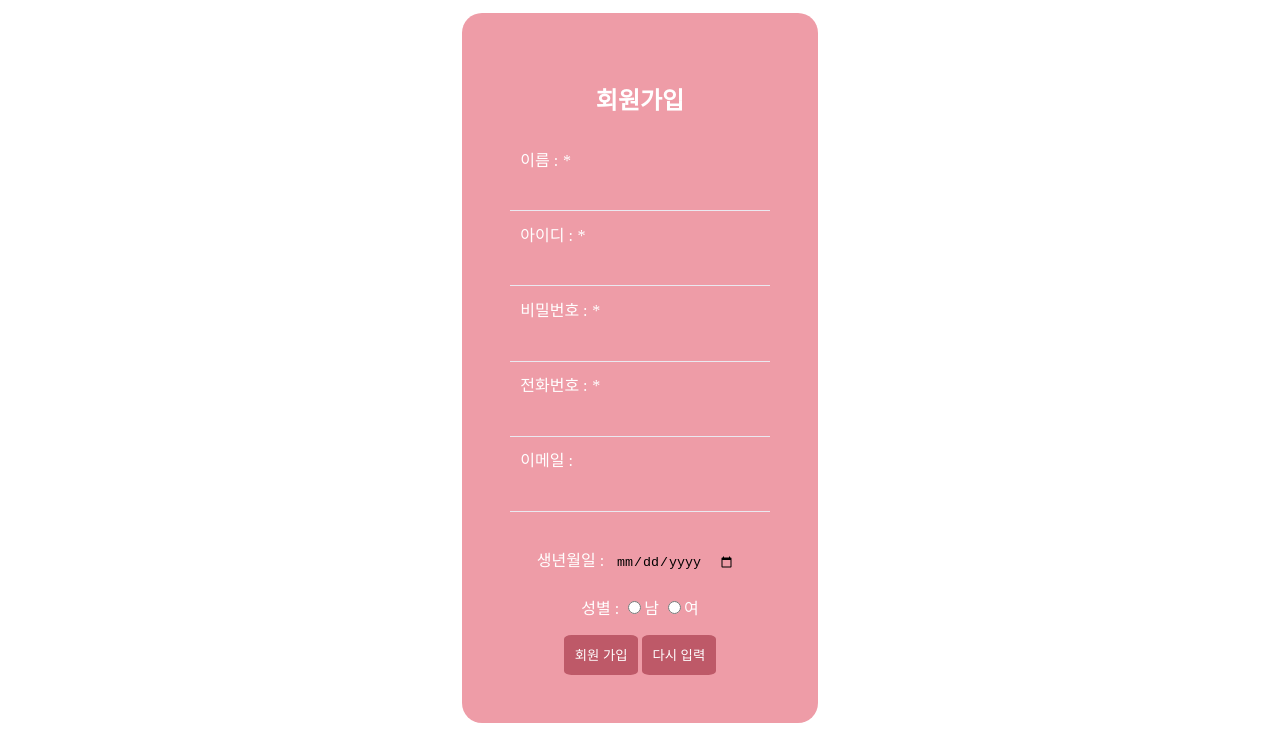
Repository: ExiNni/Travel-Project
Page: http://localhost/project_login/signIn/signIn.jsp
These files come from the project's save history. The page is drawn as it stood at one moment and after the next save; the edit follows.
The browser window is 1280 px wide. The pictures show the whole page.
The page is served by Tomcat 9. Other server files are loaded and not shown.

Above is the page before, as saved 2023-11-14 02:27:17.

### project_login/src/main/webapp/signIn/signIn.jsp
<%@ page language="java" contentType="text/html; charset=UTF-8"
	pageEncoding="UTF-8"%>

<!DOCTYPE html>
<html>

<head>
<link rel="stylesheet" type="text/css" href="signIn.css">
<meta charset="UTF-8">

<title>회원가입</title>

</head>
<body>
	<form action="<%= request.getContextPath() %>/LoginServlet?action=signIn" method="post">
		<section>
			<h1>회원가입</h1>
			<div>
				<label for="user_name">이름 : <em> * </em>
				</label> <input type="text" id="user_name" name="user_name" required>
			</div>
			<div>
				<label for="user_id">아이디 : <em> * </em>
				</label> <input type="text" id="user_id" name="user_id" required>
			</div>


			<div>
				<label for="user_pw">비밀번호 :<em> * </em>
				</label> <input type="password" id="user_pw" name="user_pw" required>
			</div>
			<div>
				<label for="user_phone"> 전화번호 : <em> * </em>
				</label> <input type="tel" id="user_phone" name="user_phone" required><br>
			</div>

			<div>
				<label for="user_email">이메일 : </label><br> <input type="email"
					id="user_email" name="user_email"><br>
			</div>
			<br>
			<p>
				<label for="user_age">생년월일 : </label> <input type="date"
					id="user_age" name="user_age">
			</p>

			<p>
				<label for="user_sex">성별 : </label> <input type="radio"
					name="user_sex" value="남">남 <input type="radio"
					name="user_sex" value="여">여
			</p>

			<o>
			<button type="submit" onclick="Validation()">회원 가입</button>
			<button type="reset" onclick="alert('초기화 했습니다.')">다시 입력</button>
			</o>
		</section>
	</form>

	<script>
		function Validation() {
			var user_pw = document.getElementById("user_pw")
			var user_id = document.getElementById("user_id")
			var user_name = document.getElementById("user_name")
			var user_phone = document.getElementById("user_phone")
			var user_age = document.getElementById("user_age")

			var reguser_phone = /^01([0|1|6|7|8|9])-?([0-9]{3,4})-?([0-9]{4})$/
			var reguser_pw = /^(?=.*[a-zA-Z])(?=.*[!@#$%^*+=-])(?=.*[0-9]).{10,12}$/;

			if (user_name.value == "") {
				alert("이름을 입력하세요.")
				user_name.focus();

				return false;
			}

			if (user_id.value == "") {
				alert("아이디를 입력하세요.")
				user_id.focus();

				return false;
			}

			if (user_pw.value == "") {
				alert("비밀번호를 입력하세요.")
				user_pw.focus();

				return false;
			}

			else if (!reguser_pw.test(user_pw.value)) {
				alert("10~12자 영문 대소문자, 숫자, 특수문자를 이용해 입력하세요.")
				user_pw.focus();

				return false;
			} else if (user_pw.value == user_id.value) {
				alert("아이디와 동일한 비밀번호를 사용할 수 없습니다.")
				user_pw.focus();
				return false;
			}

			if (user_phone.value == "") {
				alert("전화번호를 입력하세요.")
				user_phone.focus();

				return false;
			}

			if (user_age.value == "") {
				alert("생년월일을 입력하세요")
				user_age.focus();

				return false;
			}
			return true;

		}
	</script>

</body>

</html>

### project_login/src/main/webapp/signIn/signIn.css
body {
    display: flex;
    align-items: center;
    justify-content: center;
    min-height: 100vh;



}

h1{

    text-align: center;
    color: white
}

.inputbox{

background-color: #8e2634;
    text-align: center;


}
div{

    text-align: left;
    color:white;
    padding: 4%;

    border-bottom: 1px solid rgb(234, 232, 240);
}


input {

    padding: 3%;
    background: transparent;
    border-style: none;
}


p{

text-align: center;


}


button{

    border:none;
    color: white;
    padding:4%;
   cursor: pointer;
   background-color: rgb(190, 89, 104);
    border-radius: 10%;

    }

    o{

        text-align: center;


    }

    o{
        text-align: center;
    }
    o{
        display :flow-root;

    }
p{

    color: white;
}


section{
    border-radius: 20px;
    background-color: #ee9ca7;
    padding: 3rem 3rem;
}

After the next save:
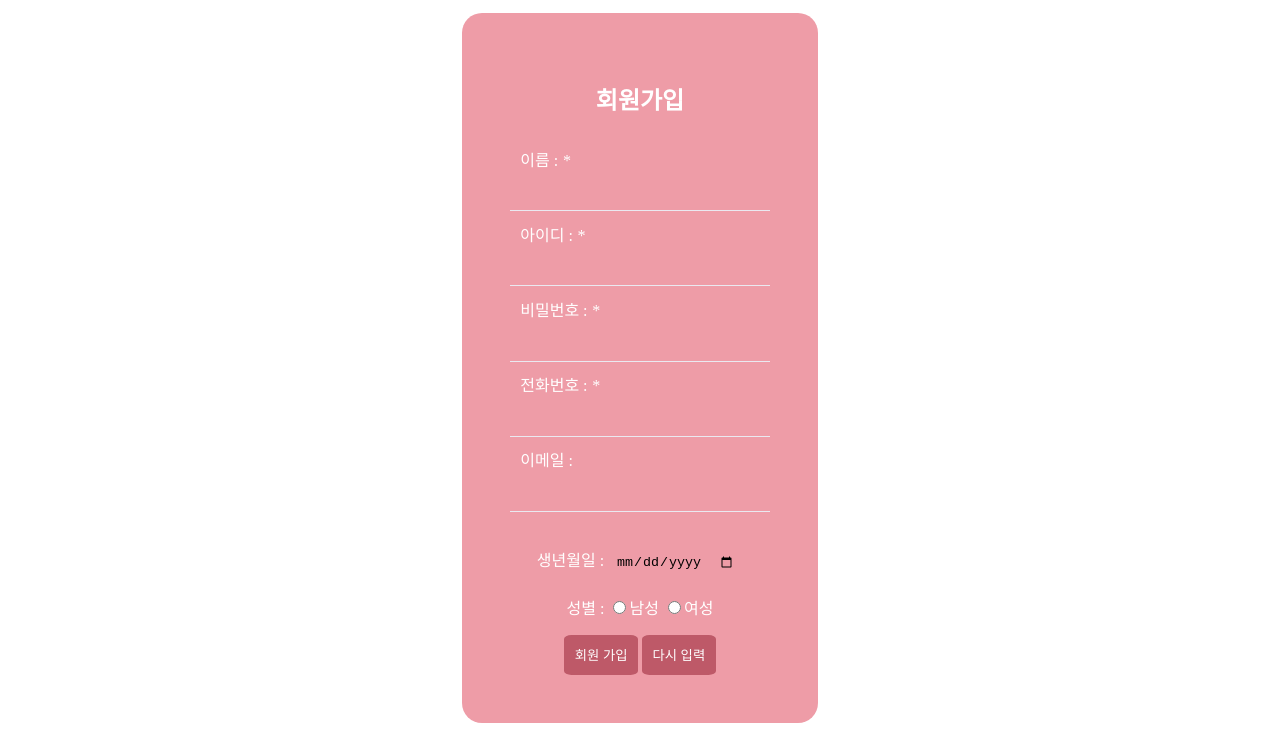
Saved 6 s later.
--- a/project_login/src/main/webapp/signIn/signIn.jsp
+++ b/project_login/src/main/webapp/signIn/signIn.jsp
@@ -46,8 +46,8 @@
 
 			<p>
 				<label for="user_sex">성별 : </label> <input type="radio"
-					name="user_sex" value="남">남 <input type="radio"
-					name="user_sex" value="여">여
+					name="user_sex" value="남">남성 <input type="radio"
+					name="user_sex" value="여">여성
 			</p>
 
 			<o>
